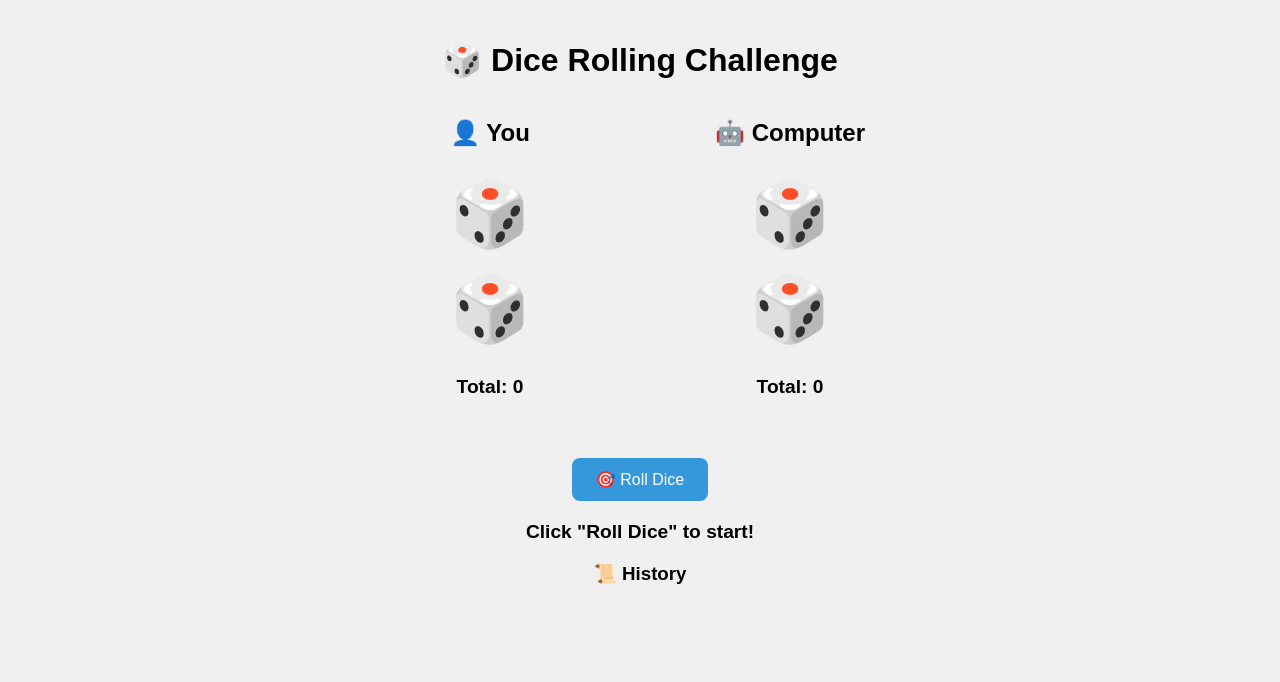
Repository: alokanand524/anand-portfolio
Page: games/dice-game/index.html
The author's editor kept a copy of each file at every save. The page is drawn from the files as they stood at one save, then again after the next save.
The browser window is 1280 px wide. The pictures show the whole page.

Above is the page before, as saved 2025-07-31 14:57:59.

After the next save:
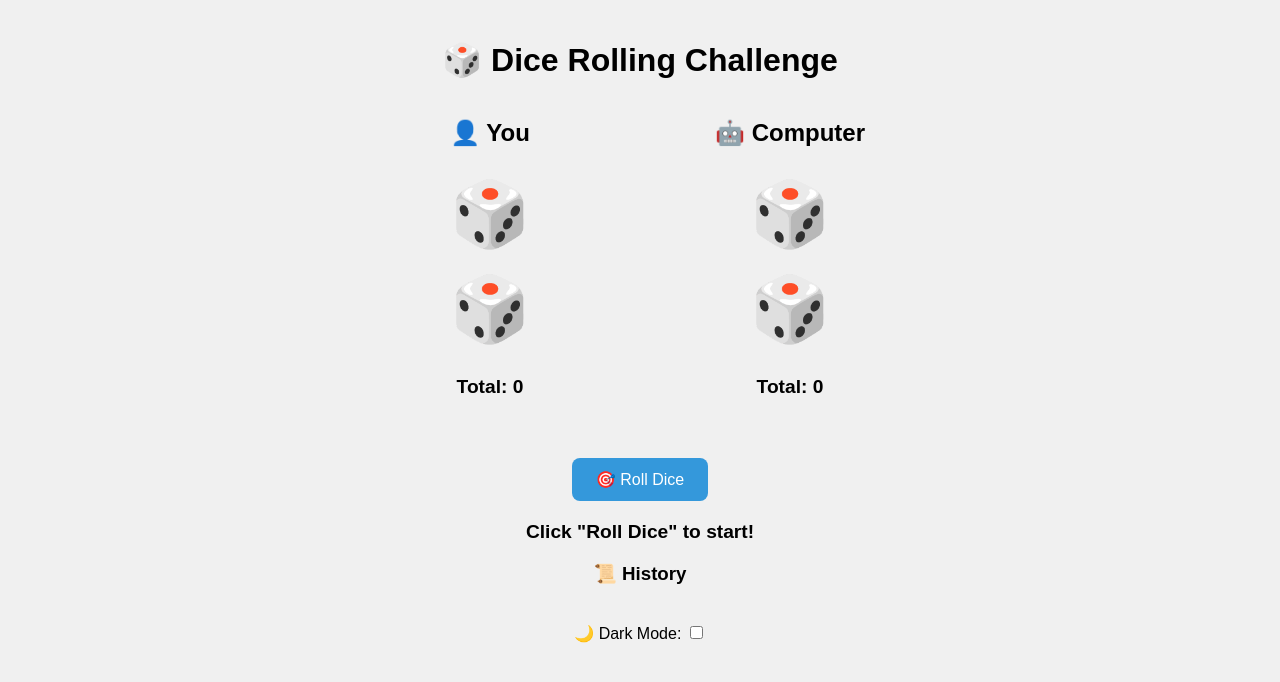
Saved 19 s later.
--- a/games/dice-game/index.html
+++ b/games/dice-game/index.html
@@ -1,40 +1,53 @@
 <!DOCTYPE html>
 <html lang="en">
+
 <head>
-  <meta charset="UTF-8" />
-  <meta name="viewport" content="width=device-width, initial-scale=1.0"/>
-  <title>🎲 Dice Rolling Challenge</title>
-  <link rel="stylesheet" href="style.css" />
-  <script src="https://code.jquery.com/jquery-3.6.0.min.js"></script>
+    <meta charset="UTF-8" />
+    <meta name="viewport" content="width=device-width, initial-scale=1.0" />
+    <title>🎲 Dice Rolling Challenge</title>
+    <link rel="stylesheet" href="style.css" />
+    <script src="https://code.jquery.com/jquery-3.6.0.min.js"></script>
 </head>
+
 <body>
-  <div class="game-container">
-    <h1>🎲 Dice Rolling Challenge</h1>
+    <div class="game-container">
+        <h1>🎲 Dice Rolling Challenge</h1>
 
-    <div class="dice-section">
-      <div class="player">
-        <h2>👤 You</h2>
-        <div class="dice" id="player-dice1">🎲</div>
-        <div class="dice" id="player-dice2">🎲</div>
-        <p class="total" id="player-total">Total: 0</p>
-      </div>
+        <div class="dice-section">
+            <div class="player">
+                <h2>👤 You</h2>
+                <div class="dice" id="player-dice1">🎲</div>
+                <div class="dice" id="player-dice2">🎲</div>
+                <p class="total" id="player-total">Total: 0</p>
+            </div>
 
-      <div class="computer">
-        <h2>🤖 Computer</h2>
-        <div class="dice" id="computer-dice1">🎲</div>
-        <div class="dice" id="computer-dice2">🎲</div>
-        <p class="total" id="computer-total">Total: 0</p>
-      </div>
+            <div class="computer">
+                <h2>🤖 Computer</h2>
+                <div class="dice" id="computer-dice1">🎲</div>
+                <div class="dice" id="computer-dice2">🎲</div>
+                <p class="total" id="computer-total">Total: 0</p>
+            </div>
+        </div>
+
+        <button id="roll-btn">🎯 Roll Dice</button>
+
+        <div id="result">Click "Roll Dice" to start!</div>
+
+        <h3>📜 History</h3>
+        <ul id="history-log"></ul>
     </div>
 
-    <button id="roll-btn">🎯 Roll Dice</button>
+    <label class="dark-toggle">
+        🌙 Dark Mode:
+        <input type="checkbox" id="dark-mode-toggle" />
+    </label>
 
-    <div id="result">Click "Roll Dice" to start!</div>
+    <audio id="roll-sound" src="https://assets.mixkit.co/sfx/preview/mixkit-dice-roll-1053.mp3"></audio>
+    <audio id="win-sound" src="https://assets.mixkit.co/sfx/preview/mixkit-game-win-2016.mp3"></audio>
+    <audio id="lose-sound" src="https://assets.mixkit.co/sfx/preview/mixkit-losing-piano-2024.mp3"></audio>
 
-    <h3>📜 History</h3>
-    <ul id="history-log"></ul>
-  </div>
 
-  <script src="script.js"></script>
+    <script src="script.js"></script>
 </body>
+
 </html>
